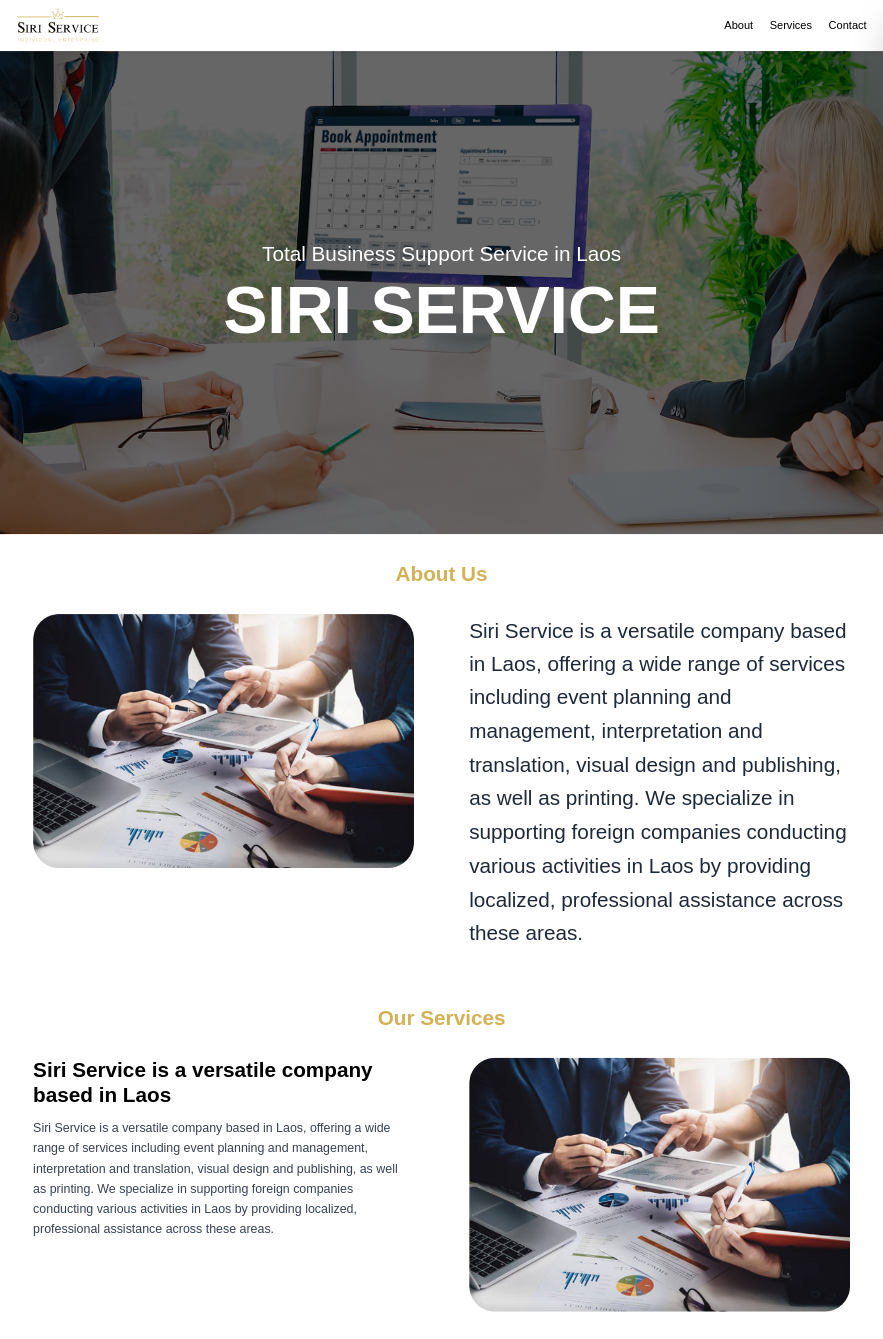
Repository: Phailin-teamplate/siri-service-web
Page: /
The author's editor kept a copy of each file at every save. The page is drawn from the files as they stood at one save, then again after the next save.
The browser window is 1280 px wide. The pictures show the whole page, at 69% of full size.
The project was rebuilt for these pictures with package versions that can differ from the ones it lists, and the page was loaded fresh each time. The framework's server and built-in components were replaced by stand-ins that run in the browser. Also part of the build but not shown: next.config.ts.

Above is the page before, as saved 2025-07-02 14:35:42.

After the next save:
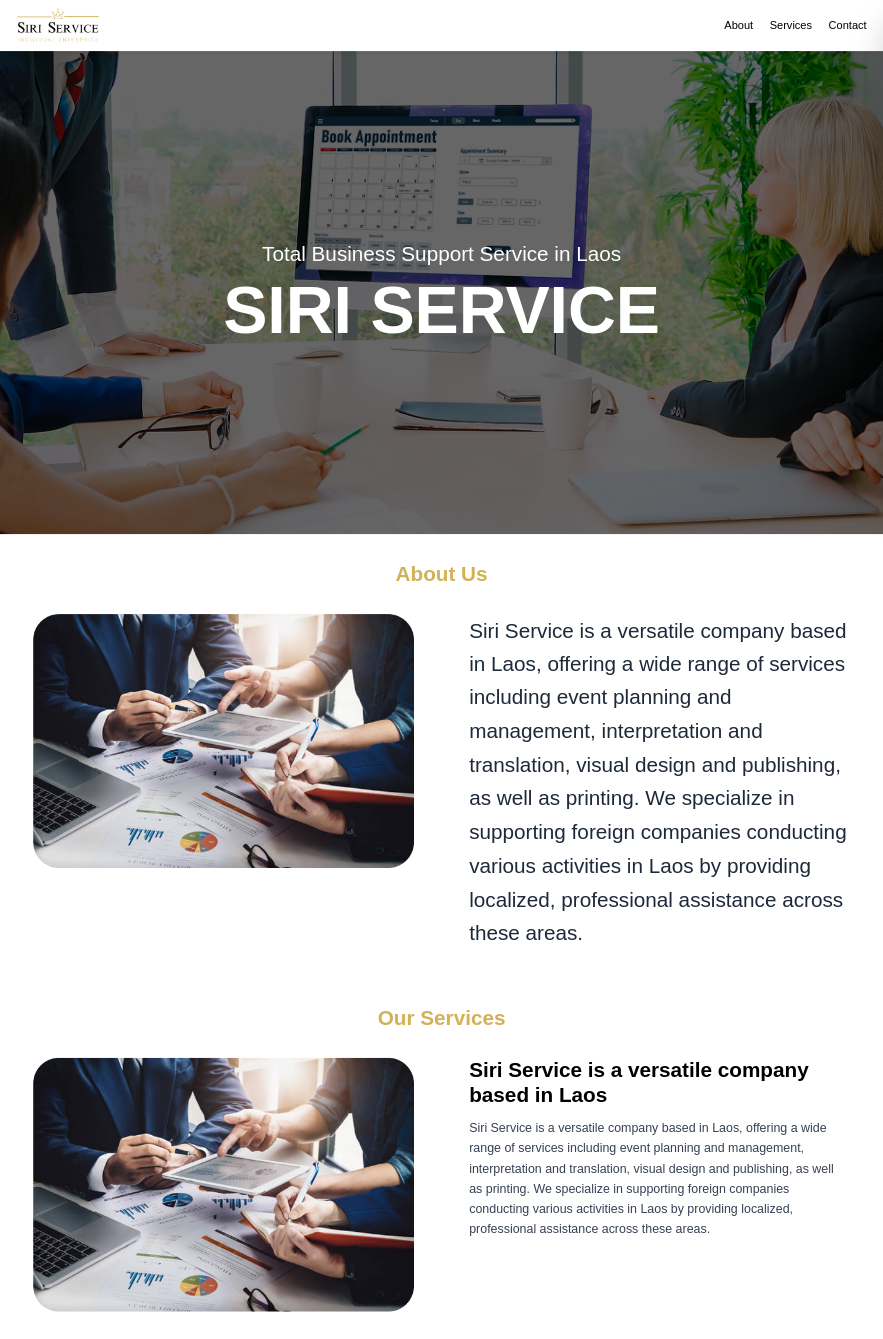
Saved 28 s later.
--- a/src/components/Service.tsx
+++ b/src/components/Service.tsx
@@ -21,7 +21,17 @@
 
       {/* Content: Image + Text */}
       <div className="flex flex-col md:flex-row items-start justify-center gap-12 md:gap-20">
-
+  {/* Image */}
+  <div className="w-full max-w-[660px] ">
+          <Image
+            src={AboutSV}
+            alt="About"
+            width={512}
+            height={340}
+            className="object-cover w-full h-auto rounded-xl"
+            priority
+          />
+        </div>
 
         {/* Text */}
   <div className="w-full max-w-[720px] text-center md:text-left">
@@ -36,17 +46,6 @@
             providing localized, professional assistance across these areas.
           </p>
         </div>
-        {/* Image */}
-  <div className="w-full max-w-[570px] ">
-          <Image
-            src={AboutSV}
-            alt="About"
-            width={512}
-            height={340}
-            className="object-cover w-full h-auto rounded-xl"
-            priority
-          />
-        </div>
       </div>
     </div>
   );

After the save that followed:
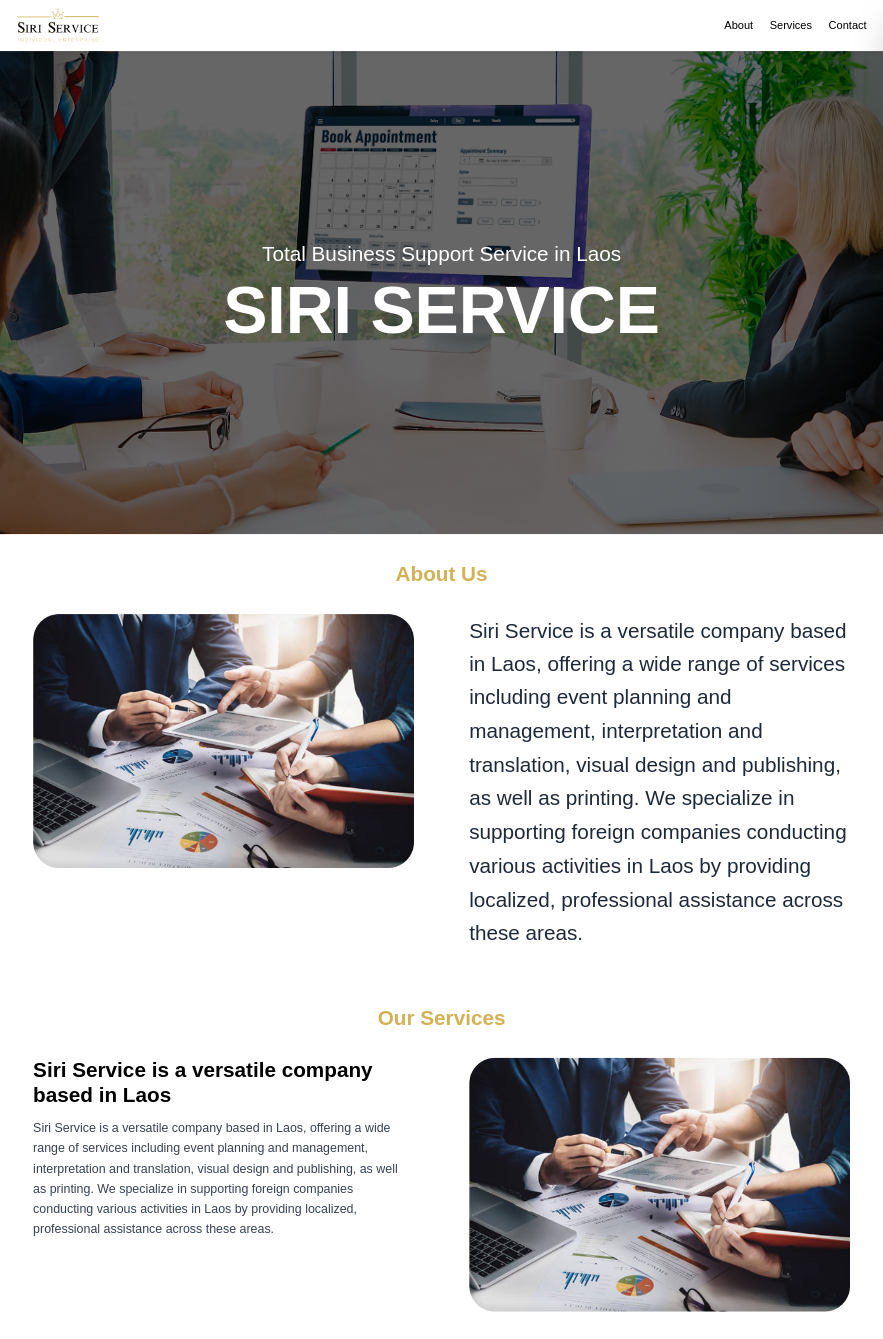
Saved 15 s later.
--- a/src/components/Service.tsx
+++ b/src/components/Service.tsx
@@ -21,17 +21,7 @@
 
       {/* Content: Image + Text */}
       <div className="flex flex-col md:flex-row items-start justify-center gap-12 md:gap-20">
-  {/* Image */}
-  <div className="w-full max-w-[660px] ">
-          <Image
-            src={AboutSV}
-            alt="About"
-            width={512}
-            height={340}
-            className="object-cover w-full h-auto rounded-xl"
-            priority
-          />
-        </div>
+
 
         {/* Text */}
   <div className="w-full max-w-[720px] text-center md:text-left">
@@ -46,6 +36,17 @@
             providing localized, professional assistance across these areas.
           </p>
         </div>
+         {/* Image */}
+  <div className="w-full max-w-[660px] ">
+          <Image
+            src={AboutSV}
+            alt="About"
+            width={512}
+            height={340}
+            className="object-cover w-full h-auto rounded-xl"
+            priority
+          />
+        </div>
       </div>
     </div>
   );
